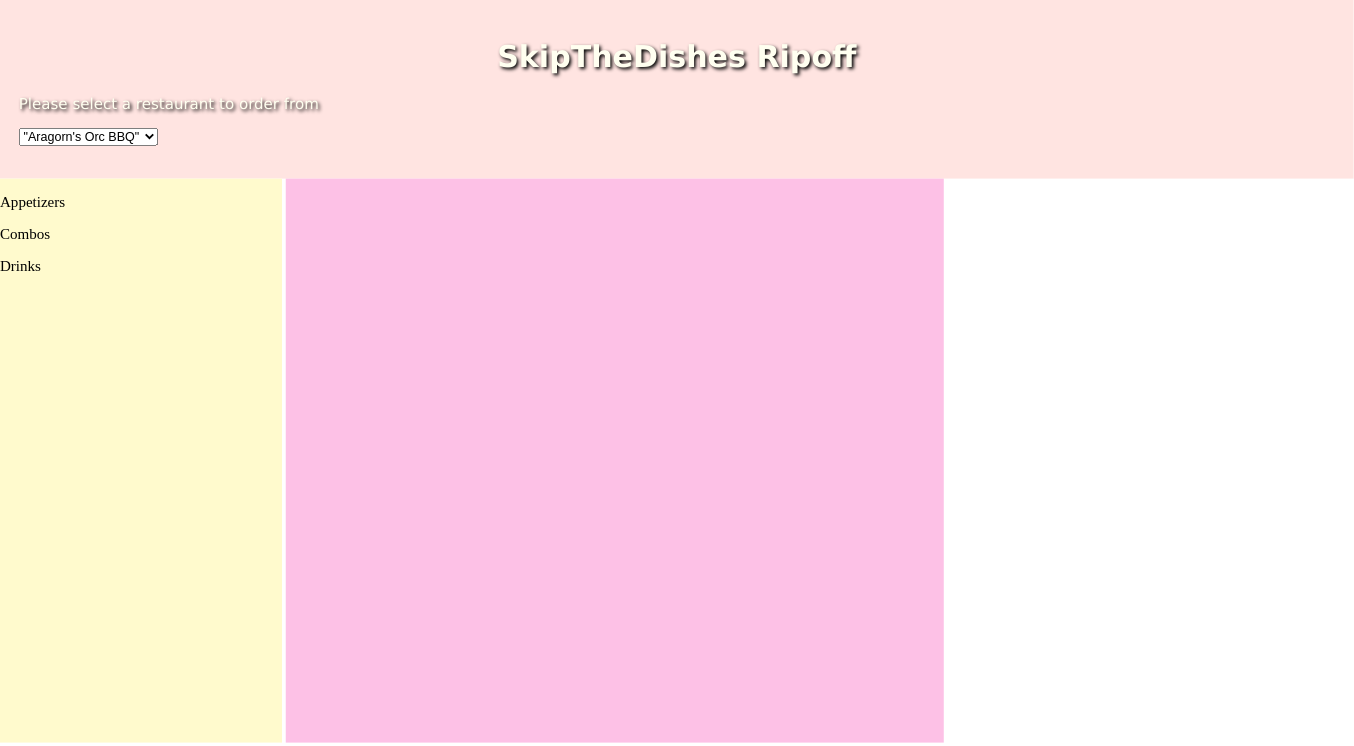
Repository: hudaali14/Carleton
Page: 2406/Assignments/Assignment1 (97)/order.html
These files come from the project's save history. The page is drawn as it stood at one moment and after the next save; the edit follows.
The browser window is 1280 px wide. The page is 1440 px wide, so the pictures cover 1440 px, including what lies to the right of the window. The pictures show the whole page, at 94% of full size.
After loading, the first visible `#dropdown` was changed once.

Above is the page before, as saved 2020-01-25 19:17:45.
Console error: TypeError: Cannot read properties of undefined (reading 'name')

### 2406/Assignments/Assignment1 (97)/order.html
<html>
    <head>
        <title> Title </title>
        <link rel="stylesheet" href="style.css">
    </head>
    <body onload="init()">
        <div id="header">
            <h1>SkipTheDishes Ripoff</h1>
            <div id="dropdownText">
                <p>Please select a restaurant to order from</p>
                <select id="dropdown">
                    <option value="select a restaurant" selected>Select a Restaurant</option>
                </select>
            </div>
        </div>

        <div id="categories">
        </div>

        <div id="items">
        </div>

        <script src="client.js"></script>
    </body>
</html>

### 2406/Assignments/Assignment1 (97)/style.css
#header{
    width: 1400px;
    height: 150px;
    margin: 0px;
    padding: 20px;
    border: 0px;
    text-align: center;
    background-color: mistyrose;
    color: ivory;
    text-shadow: 2px 2px 4px #000000;
    font-family: 'Lucida Sans';
}

#dropdownText{
    text-align:left;
}

#categories{
    width: 300px;
    height: 600px;
    background-color: lemonchiffon;
    color: black;
    overflow: auto;
    display: inline-block;
    border: 0px;
    margin: 0px;
}

#items{
    width: 700px;
    height: 600px;
    background-color: rgb(253, 193, 230);
    display: inline-block;
    border: 0px;
    margin: 0px;
    color: black;
}


body{
    margin : 0;
}

### 2406/Assignments/Assignment1 (97)/client.js
let aragorn = {
	name: "Aragorn's Orc BBQ", //The name of the restaurant
	min_order: 20, //The minimum order amount required to place an order
	delivery_charge: 5, //The delivery charge for this restaurant
	//The menu
	menu: {
		//First category
		"Appetizers": {
			//First item of this category
			0: {
				name: "Orc feet",
				description: "Seasoned and grilled over an open flame.", //
				price: 5.50
			},
			1: {
				name: "Pickled Orc fingers",
				description: "Served with warm bread, 5 per order.",
				price: 4.00
			},
			2: { //Thank you Kiratchii
				name: "Sauron's Lava Soup",
				description: "It's just really spicy water.",
				price: 7.50
			},
			3: {
				name: "Eowyn's (In)Famous Stew",
				description: "Bet you can't eat it all.",
				price: 0.50
			},
			4: {
				name: "The 9 rings of men.",
				description: "The finest of onion rings served with 9 different dipping sauces.",
				price: 14.50
			}
		},
		"Combos": {
			5: {
				name: "Buying the Farm",
				description: "An arm and a leg, a side of cheek meat, and a buttered biscuit.",
				price: 15.99
			},
			6: {
				name: "The Black Gate Box",
				description: "Lots of unidentified pieces. Serves 50.",
				price: 65.00
			},
			7: {//Thanks to M_Sabeyon
				name: "Mount Doom Roast Special with Side of Precious Onion Rings.",
				description: "Smeagol's favorite.",
				price: 15.75
			},
			8: { //Thanks Shar[TA]
				name: "Morgoth's Scorched Burgers with Chips",
				description: "Blackened beyond recognition.",
				price: 13.33

			},
			10: {
				name: "Slab of Lurtz Meat with Greens.",
				description: "Get it while supplies last.",
				price: 17.50
			},
			11: {
				name: "Rangers Field Feast.",
				description: "Is it chicken? Is it rabbit? Or...",
				price: 5.99
			}
		},
		"Drinks": {
			12: {
				name: "Orc's Blood Mead",
				description: "It's actually raspberries - Orc's blood would be gross.",
				price: 5.99
			},
			13: {
				name: "Gondorian Grenache",
				description: "A fine rose wine.",
				price: 7.99
			},
			14: {
				name: "Mordor Mourvedre",
				description: "A less-fine rose wine.",
				price: 5.99
			}
		}
	}
};

let legolas = {
	name: "Lembas by Legolas",
	min_order: 15,
	delivery_charge: 3.99,
	menu: {
		"Lembas": {
			0: {
				name: "Single",
				description: "One piece of lembas.",
				price: 3
			},
			1: {
				name: "Double",
				description: "Two pieces of lembas.",
				price: 5.50
			},
			2: {
				name: "Triple",
				description: "Three pieces, which should be more than enough.",
				price: 8.00
			}
		},
		"Combos": {
			3: {
				name: "Second Breakfast",
				description: "Two pieces of lembas with honey.",
				price: 7.50
			},
			4: {
				name: "There and Back Again",
				description: "All you need for a long journey - 6 pieces of lembas, salted pork, and a flagon of wine.",
				price: 25.99
			},
			5: {
				name: "Best Friends Forever",
				description: "Lembas and a heavy stout.",
				price: 6.60
			}
		}
	}
};

let frodo = {
	name: "Frodo's Flapjacks",
	min_order: 35,
	delivery_charge: 6,
	menu: {
		"Breakfast": {
			0: {
				name: "Hobbit Hash",
				description: "Five flapjacks, potatoes, leeks, garlic, cheese.",
				price: 9.00
			},
			1: {
				name: "The Full Flapjack Breakfast",
				description: "Eight flapjacks, two sausages, 3 eggs, 4 slices of bacon, beans, and a coffee.",
				price: 14.00
			},
			2: {
				name: "Southfarthing Slammer",
				description: "15 flapjacks and 2 pints of syrup.",
				price: 12.00
			}

		},
		"Second Breakfast": {
			3: {
				name: "Beorning Breakfast",
				description: "6 flapjacks smothers in honey.",
				price: 7.50
			},
			4: {
				name: "Shire Strawberry Special",
				description: "6 flapjacks and a hearty serving of strawberry jam.",
				price: 8
			},
			5: {
				name: "Buckland Blackberry Breakfast",
				description: "6 flapjacks covered in fresh blackberries. Served with a large side of sausage.",
				price: 14.99
			}
		},
		"Elevenses": {
			6: {
				name: "Lembas",
				description: "Three pieces of traditional Elvish Waybread",
				price: 7.70
			},
			7: {
				name: "Muffins of the Marish",
				description: "A variety of 8 different types of muffins, served with tea.",
				price: 9.00
			},
			8: {
				name: "Hasty Hobbit Hash",
				description: "Potatoes with onions and cheese. Served with coffee.",
				price: 5.00
			}
		},
		"Luncheon": {
			9: {
				name: "Shepherd's Pie",
				description: "A classic. Includes 3 pies.",
				price: 15.99
			},
			10: {
				name: "Roast Pork",
				description: "An entire pig slow-roasted over a fire.",
				price: 27.99
			},
			11: {
				name: "Fish and Chips",
				description: "Fish - fried. Chips - nice and crispy.",
				price: 5.99
			}
		},
		"Afternoon Tea": {
			12: {
				name: "Tea",
				description: "Served with sugar and cream.",
				price: 3
			},
			13: {
				name: "Coffee",
				description: "Served with sugar and cream.",
				price: 3.50
			},
			14: {
				name: "Cookies and Cream",
				description: "A dozen cookies served with a vat of cream.",
				price: 15.99
			},
			15: {
				name: "Mixed Berry Pie",
				description: "Fresh baked daily.",
				price: 7.00
			}
		},
		"Dinner": {
			16: {
				name: "Po-ta-to Platter",
				description: "Boiled. Mashed. Stuck in a stew.",
				price: 6
			},
			17: {
				name: "Bree and Apple",
				description: "One wheel of brie with slices of apple.",
				price: 7.99
			},
			18: {
				name: "Maggot's Mushroom Mashup",
				description: "It sounds disgusting, but its pretty good",
				price: 6.50
			},
			19: {
				name: "Fresh Baked Bread",
				description: "A whole loaf of the finest bread the Shire has to offer.",
				price: 6
			},
			20: {
				name: "Pint of Ale",
				description: "Yes, it comes in pints.",
				price: 5
			}
		},
		"Supper": {
			21: {
				name: "Sausage Sandwich",
				description: "Six whole sausages served on a loaf of bread. Covered in onions, mushrooms and gravy.",
				price: 15.99
			},
			22: {
				name: "Shire Supper",
				description: "End the day as you started it, with a dozen flapjacks, 5 eggs, 3 sausages, 7 pieces of bacon, and a pint of ale.",
				price: 37.99
			}
		}
	}
};

let restaurants = [aragorn, legolas, frodo];
let order = [];


function init(){
	let r = document.getElementById("dropdown");
	for(i = 0; i<restaurants.length; i++){
		let resoptions = document.createElement("option");
		str = JSON.stringify(restaurants[i].name);
		resoptions.value = str;
		resoptions.text = str;
		r.appendChild(resoptions);
	}
	let category = document.getElementById("categories");
	r.onchange= displayCategories;
}

function displayCategories(){
	let dropdownMenu=document.getElementById("dropdown");
	let category=document.getElementById("categories");
	// if(items.length == 0){
	// 	if(confirm("There is a current order with items in it. Do you want to clear the order?")){
	// 		items = [];
	// 		return;
	// 	}
	// }
	category.innerHTML="";
	let index=0;
	if(dropdownMenu.selectedIndex==1){
		let aragornMenu= ["Appetizers", "Combos","Drinks"];
		aragornMenu.forEach(element => {
			let para =document.createElement("p");
			para.innerHTML=element;
			category.appendChild(para);
			index++;
		});
		displayItems(aragorn, aragornMenu,index);
	}else if(dropdownMenu.selectedIndex==2){
		let legolasMenu=["Lembas", "Combos"];
		legolasMenu.forEach(element => {
			let para =document.createElement("p");
			para.innerHTML=element;
			//para.href="/Users/hudaali/Desktop/2406/assignment1#items"
			category.appendChild(para);
			index++;
		});
		displayItems(legolas, legolasMenu, index);
	}else if(dropdownMenu.selectedIndex==3){
		let frodoMenu=["Breakfast","Second Breakfast","Elevenses","Luncheon","Afternoon Tea","Dinner","Supper"];
		frodoMenu.forEach(element => {
			let para =document.createElement("p");
			para.innerHTML=element;
			category.appendChild(para);
			index++;
		});
		displayItems(frodo, frodoMenu, index);
	}else{
		let x=5;
	}
}

function displayItems(restaurant, restaurantMenu, index){
	let itemMenu = document.getElementById("items");
	//console.log(JSON.stringify(categoryName));
	let categoryItems = restaurant.menu;
	// let name = legolas.menu["Lembas"][0].name;
	// console.log(name);
	for(let i=0; i<14; i++){
		let item = document.createElement("p");
		item.innerHTML+="Name : ";
		item.innerHTML+=categoryItems[i].name;
		itemMenu.appendChild(item);
	}
}

After the next save:
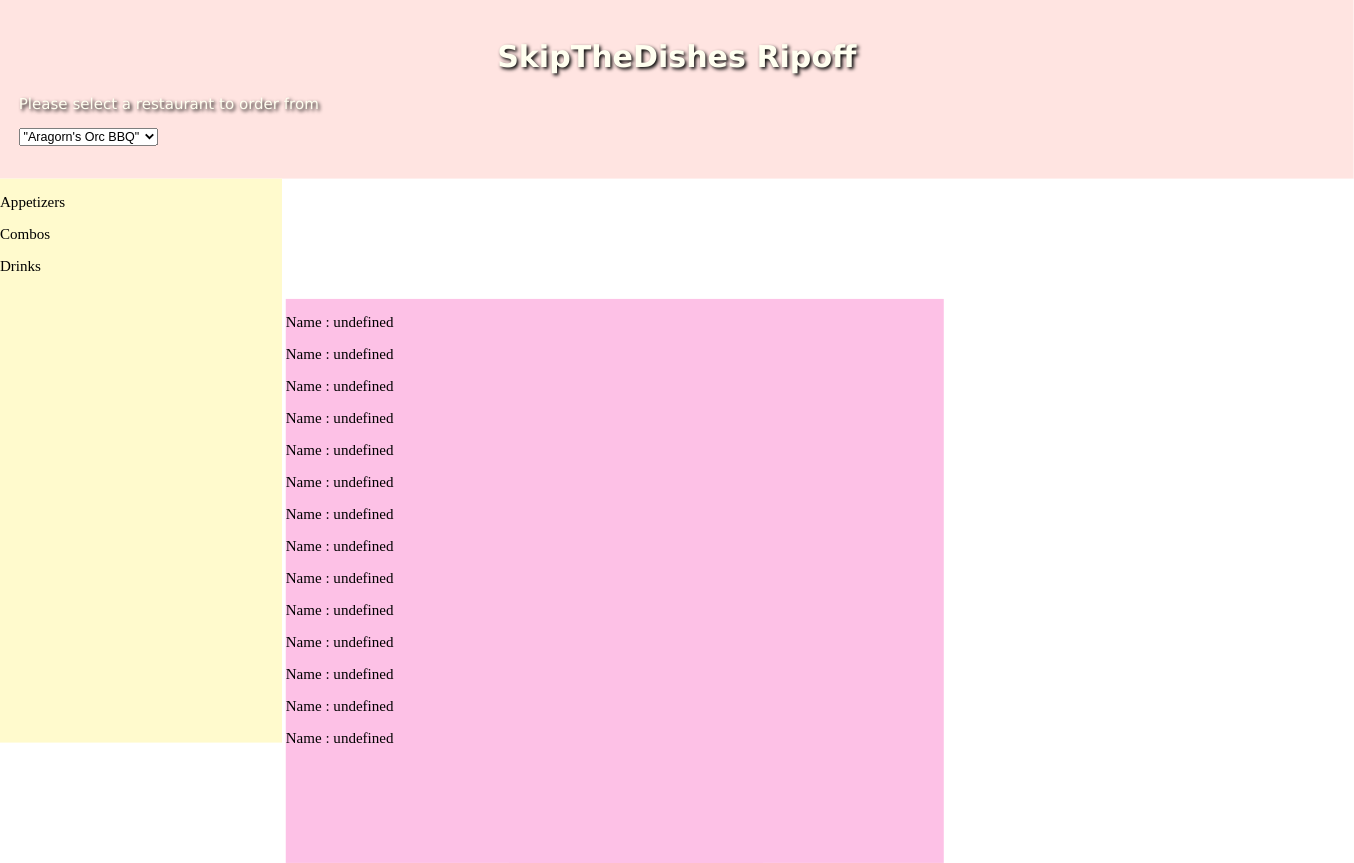
The error is gone.
Saved 2 min 5 s later.
--- a/2406/Assignments/Assignment1 (97)/client.js
+++ b/2406/Assignments/Assignment1 (97)/client.js
@@ -336,7 +336,7 @@
 	for(let i=0; i<14; i++){
 		let item = document.createElement("p");
 		item.innerHTML+="Name : ";
-		item.innerHTML+=categoryItems[i].name;
+		item.innerHTML+=categoryItems[i];
 		itemMenu.appendChild(item);
 	}
 }
